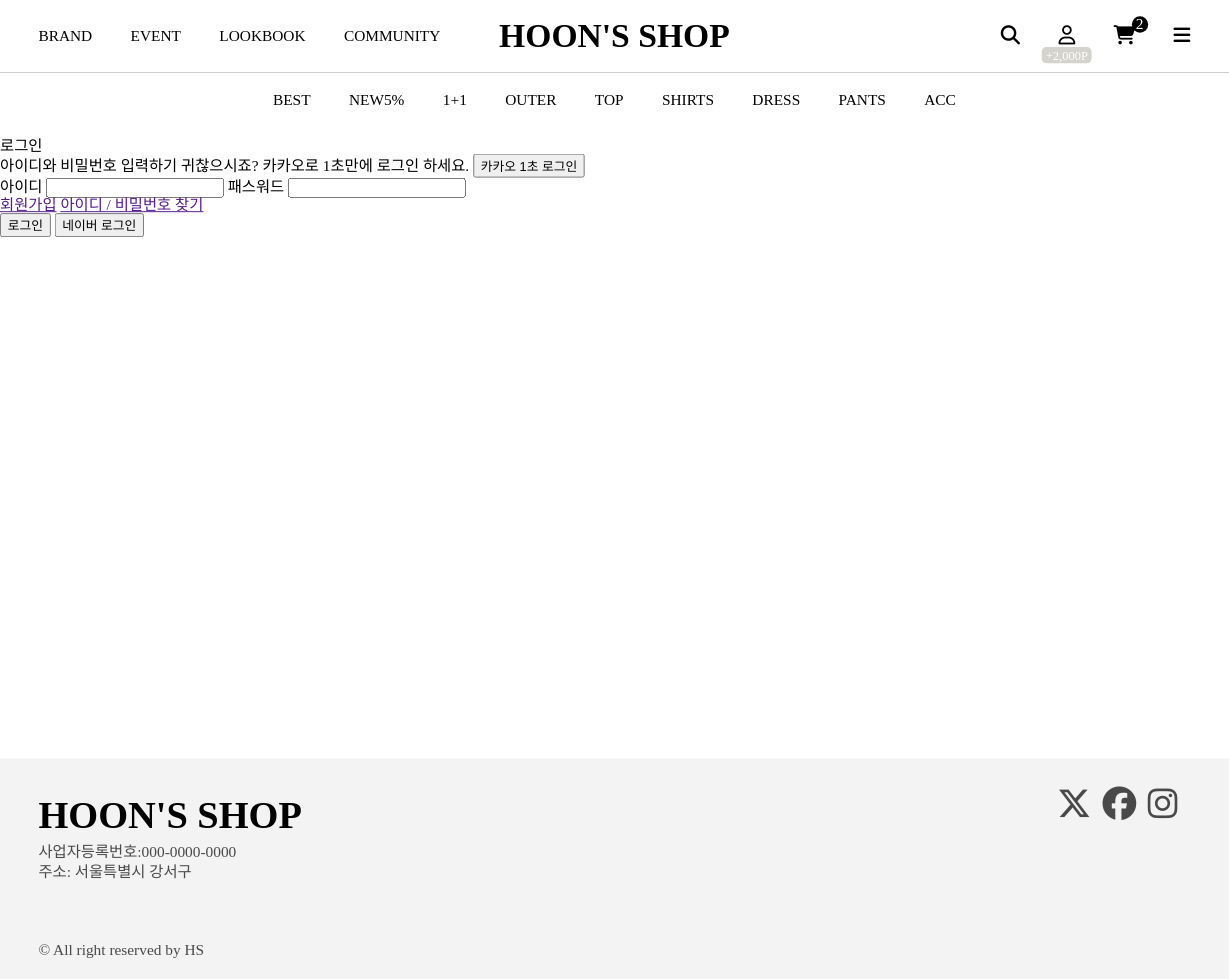
Repository: Iimchaehoon/cafeProject
Page: login.html
An editor plug-in stored every save of this project. The page is shown before and after the next save, followed by the edit.
The browser window is 1280 px wide. The pictures show the whole page, at 96% of full size.
Some web fonts or font styles are not loaded; a fallback is used. Some web libraries are served in a nearby version.

Above is the page before, as saved 2024-07-29 00:01:05.

After the next save:
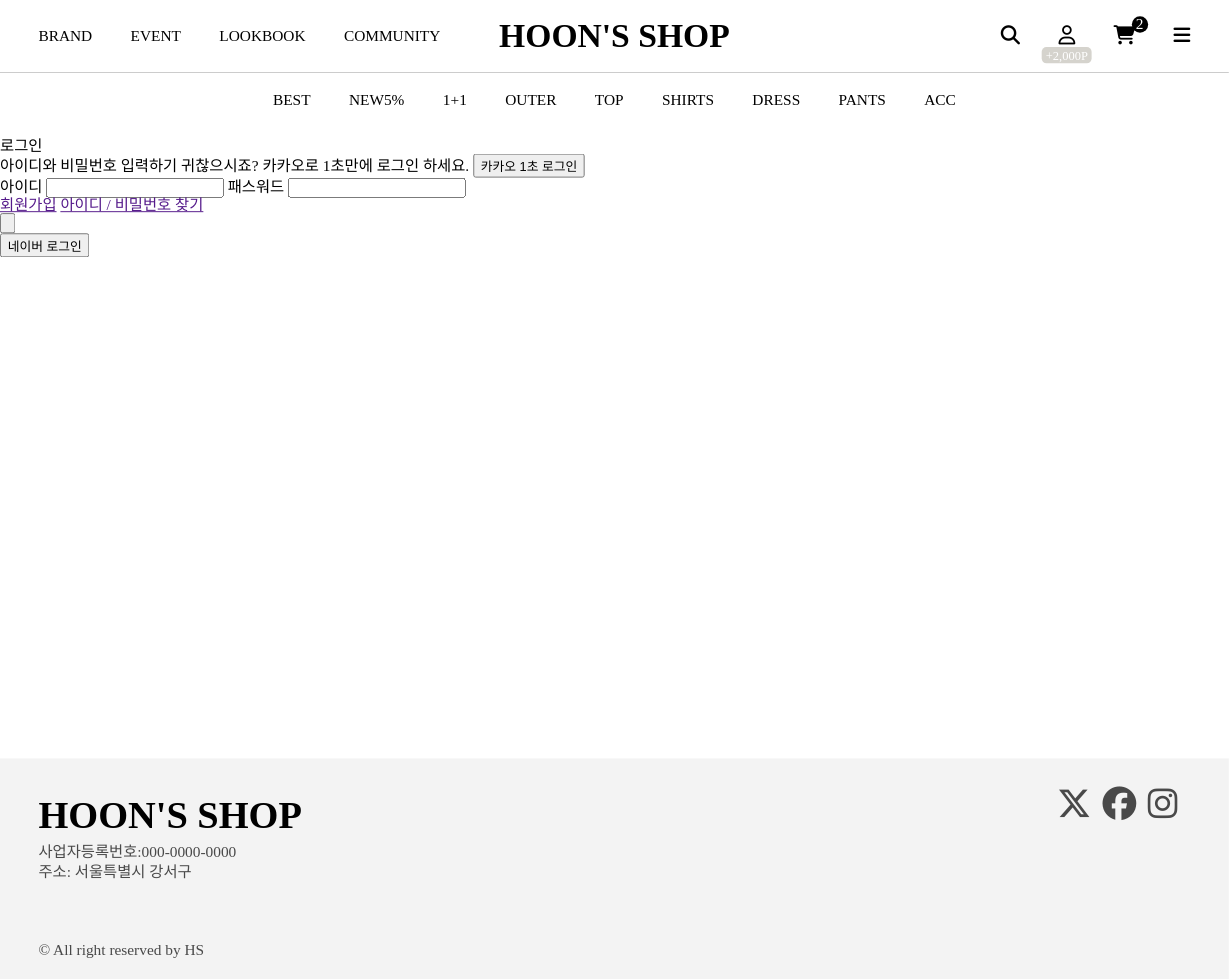
Saved 62 s later.
--- a/login.html
+++ b/login.html
@@ -73,8 +73,9 @@
           <a class="login__text" href="">회원가입</a>
           <a class="login__text" href="">아이디 / 비밀번호 찾기</a>
         </div>
+        <input class="login__btn" type="submit" value="" />
       </form>
-      <button class="login__btn">로그인</button>
+
       <button class="login__btn login__btn-naver">네이버 로그인</button>
     </div>
     <!-- footer -->
